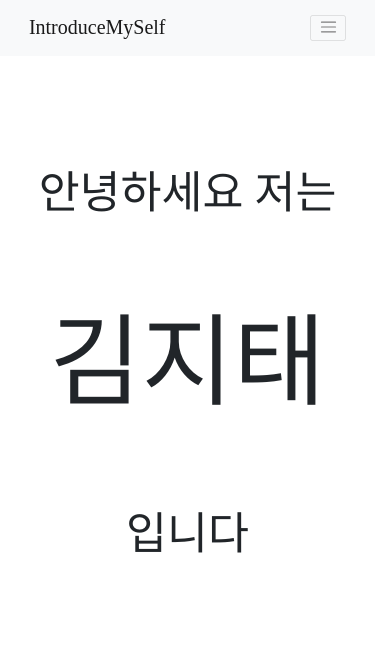
Repository: wlxo0401/IntroduveMySelf
Page: IntroduceMySelf/WebContent/Index.html
The author's editor kept a copy of each file at every save. The page is drawn from the files as they stood at one save, then again after the next save.
The browser window is 375 px wide. The pictures show the whole page.

Above is the page before, as saved 2020-03-11 05:40:08.

### IntroduceMySelf/WebContent/Index.html
<!DOCTYPE html>
<html>
  <head>
    <!-- Required meta tags -->
    <meta charset="utf-8">
    <meta name="viewport" content="width=device-width, initial-scale=1, shrink-to-fit=no">

    <!-- Bootstrap CSS -->
    <link rel="stylesheet" href="https://stackpath.bootstrapcdn.com/bootstrap/4.4.1/css/bootstrap.min.css" integrity="sha384-Vkoo8x4CGsO3+Hhxv8T/Q5PaXtkKtu6ug5TOeNV6gBiFeWPGFN9MuhOf23Q9Ifjh" crossorigin="anonymous">

    <title>Hello, world!</title>
    <link rel = "stylesheet" href = "style.css">
  </head>
<body>

<div id = "wrap">
	<!-- header -->
	<div id = "header">
		<nav class="navbar navbar-expand-lg navbar-light bg-light nav-distance">
			<a class="navbar-brand" href="#">IntroduceMySelf</a>
		  	<button class="navbar-toggler" type="button" data-toggle="collapse" data-target="#navbarNav" aria-controls="navbarNav" aria-expanded="false" aria-label="Toggle navigation">
		    	<span class="navbar-toggler-icon"></span>
		  	</button>
		  	<div class="collapse navbar-collapse" id="navbarNav">
		    	<ul class="navbar-nav">
		      		<li class="nav-item active">
		        		<a class="nav-link" href="#">Home <span class="sr-only">(current)</span></a>
		      		</li>
		      		<li class="nav-item">
		        		<a class="nav-link" href="#">MyName</a>
		      		</li>
		      		<li class="nav-item">
		        		<a class="nav-link" href="#">Do!</a>
		      		</li>
		      		<li class="nav-item">
		        		<a class="nav-link disabled" href="#" tabindex="-1" aria-disabled="true">Disabled</a>
		      		</li>
		    	</ul>
			</div>
		</nav>
	</div>
	<!-- //header -->
	<!-- container -->
	<div class = "container">
		<h1 class = maintitle2>안녕하세요 저는</h2>
		<h1 class = maintitle1>김지태</h1>
		<h1 class = maintitle2>입니다</h2>
	</div>
	<!-- //container -->
	<!-- footer -->
	<div id = "footer">

	</div>
	<!-- //footer -->
</div>
<!-- Optional JavaScript -->
<!-- jQuery first, then Popper.js, then Bootstrap JS -->
<script src="https://code.jquery.com/jquery-3.4.1.slim.min.js" integrity="sha384-J6qa4849blE2+poT4WnyKhv5vZF5SrPo0iEjwBvKU7imGFAV0wwj1yYfoRSJoZ+n" crossorigin="anonymous"></script>
<script src="https://cdn.jsdelivr.net/npm/popper.js@1.16.0/dist/umd/popper.min.js" integrity="sha384-Q6E9RHvbIyZFJoft+2mJbHaEWldlvI9IOYy5n3zV9zzTtmI3UksdQRVvoxMfooAo" crossorigin="anonymous"></script>
<script src="https://stackpath.bootstrapcdn.com/bootstrap/4.4.1/js/bootstrap.min.js" integrity="sha384-wfSDF2E50Y2D1uUdj0O3uMBJnjuUD4Ih7YwaYd1iqfktj0Uod8GCExl3Og8ifwB6" crossorigin="anonymous"></script>
</body>
</html>

### IntroduceMySelf/WebContent/style.css
body{
	background-color: #ffffff
}

.container{
	margin-top: 100px;
}

.maintitle1{
	font-family: NanumSquareR;
	font-size: 100px;
	line-height: 1.67;
	text-align: center;
	color: #354655d;
	margin-top: 50px;
	margin-bottom: 50px;
}


.maintitle2{
	font-family: NanumSquareR;
	font-size: 44.5px;
	line-height: 1.67;
	text-align: center;
	color: #354655d;
}


.nav-distance{
	padding: 2.1% 7.7%
}

.navbar-brand{
	font-family: NanumSquareR;
	line-height: 1.68;
	text-align: left;
	color: #35465d;
}


/* On screens that are 600px or less, set the background color to olive */
@media screen and (max-width: 600px) {
  html {
    font-size: 10px;
  }
  .navbar-brand{
  	font-size: 2rem;
  }
}

After the next save:
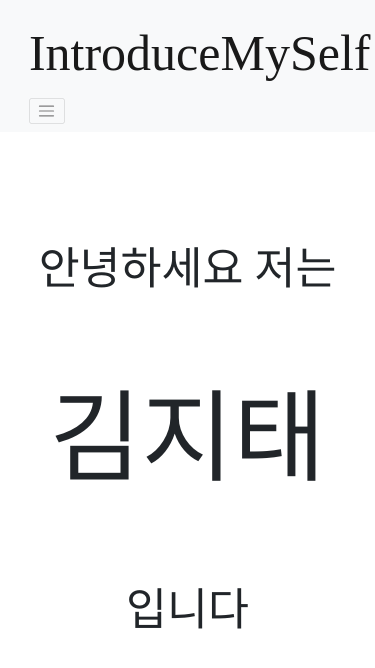
Saved 21 s later.
--- a/IntroduceMySelf/WebContent/style.css
+++ b/IntroduceMySelf/WebContent/style.css
@@ -44,6 +44,6 @@ body{
     font-size: 10px;
   }
   .navbar-brand{
-  	font-size: 2rem;
+  	font-size: 5rem;
   }
 }
